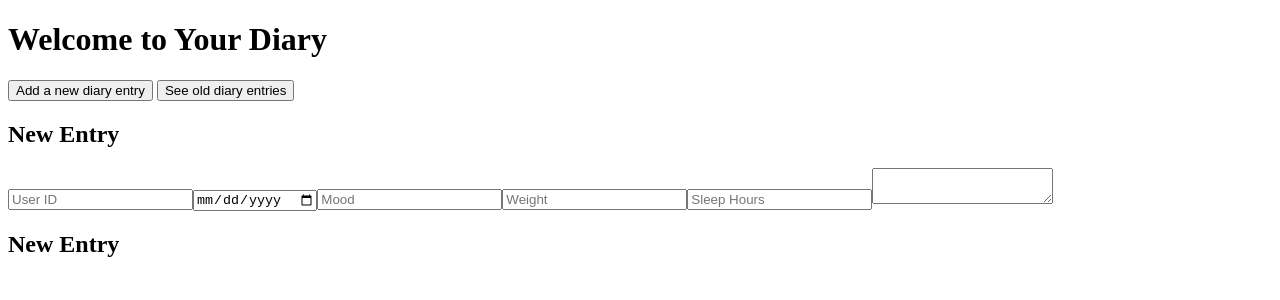
Repository: Javimetro/UniZen
Page: client/public/menu.html
The author's editor kept a copy of each file at every save. The page is drawn from the files as they stood at one save, then again after the next save.
The browser window is 1280 px wide. The pictures show the whole page.
After loading, the first visible `#newEntry` was clicked once.

Above is the page before, as saved 2024-03-04 15:24:35.

### client/public/menu.html
<!DOCTYPE html>
<html>
<head>
    <meta charset="UTF-8">
    <meta name="viewport" content="width=device-width, initial-scale=1.0">
    <title>Menu</title>
    <link rel="module" href="/styles/style.css"> <!-- Link to CSS file -->
    <link rel="icon" href="/public/assets/images/favicon.ico" type="image/x-icon">
</head>
<body>
  <h1>Welcome to Your Diary</h1>
  <button id="newEntry">Add a new diary entry</button>
  <button id="oldEntries">See old diary entries</button>

  <script type="module" src="/src/services/menu.js"></script>
</body>
</html>

### client/src/services/menu.js
// menu.js
import { createDiaryCards, createEntryForm, createNewDiv } from '../utils/renderContainer.js';

window.onload = function() {
  var contentDiv = document.createElement('div');
  contentDiv.id = 'content';
  document.body.appendChild(contentDiv);
};


//
document.getElementById('newEntry').addEventListener('click', function() {
  createNewDiv('New Entry', function() {
    createEntryForm('content');
  });
});

document.getElementById('oldEntries').addEventListener('click', function() {
  createNewDiv('Old diary entries', function() {
    createDiaryCards('content');
  });
});

### client/src/utils/renderContainer.js
import { getDiaryEntries } from '../services/diaryService.js';

const createDiaryCards = async function(parentId) { // parentId as parametrer, so function can be reused
  try {
    const diaryData = await getDiaryEntries();

    const section = document.createElement('section');
    section.classList.add('card-area');

    diaryData.forEach((entry, index) => {
      const card = document.createElement('div');
      card.classList.add('card');

      const diaryContainer = document.createElement('div');
      diaryContainer.classList.add('card-diary');
      const title = document.createElement('h4');
      title.textContent = `Diary card ${index + 1}`;
      const description = document.createElement('p');
      description.textContent = entry.notes;
      const mood = document.createElement('p');
      mood.textContent = `Mood: ${entry.mood}`;
      const weight = document.createElement('p');
      weight.textContent = `Weight: ${entry.weight}`;
      const sleep = document.createElement('p');
      sleep.textContent = `Sleep hours: ${entry.sleep_hours}`;

      diaryContainer.appendChild(title);
      diaryContainer.appendChild(description);
      diaryContainer.appendChild(mood);
      diaryContainer.appendChild(weight);
      diaryContainer.appendChild(sleep);

      card.appendChild(diaryContainer);

      section.appendChild(card);
    });

    const parent = document.getElementById(parentId);
    const h3Element = document.createElement('h3');
    parent.appendChild(h3Element);
    parent.insertBefore(section, h3Element.nextSibling);

  } catch (error) {
    console.error('Error creating diary cards with fetch:', error);
  }
}

//function to create the form for input data to "new entry". Is used when user clicks "add a new diary entry"

const createEntryForm = function(parentId) {

  var contentDiv = document.getElementById('content');
  contentDiv.innerHTML = ''; // Clear the content div
  var h2 = document.createElement('h2');
  h2.textContent = 'New Entry';
  var form = document.createElement('form');

  // Create form fields
  var userId = document.createElement('input');
  userId.setAttribute('type', 'text');
  userId.setAttribute('name', 'user_id');
  userId.setAttribute('placeholder', 'User ID');

  var entryDate = document.createElement('input');
  entryDate.setAttribute('type', 'date');
  entryDate.setAttribute('name', 'entry_date');

  var mood = document.createElement('input');
  mood.setAttribute('type', 'text');
  mood.setAttribute('name', 'mood');
  mood.setAttribute('placeholder', 'Mood');

  var weight = document.createElement('input');
  weight.setAttribute('type', 'number');
  weight.setAttribute('name', 'weight');
  weight.setAttribute('placeholder', 'Weight');

  var sleepHours = document.createElement('input');
  sleepHours.setAttribute('type', 'number');
  sleepHours.setAttribute('name', 'sleep_hours');
  sleepHours.setAttribute('placeholder', 'Sleep Hours');

  var notes = document.createElement('textarea');
  notes.setAttribute('name', 'notes');

  // Add form fields to form
  form.appendChild(userId);
  form.appendChild(entryDate);
  form.appendChild(mood);
  form.appendChild(weight);
  form.appendChild(sleepHours);
  form.appendChild(notes);

  // Add form to content div
  contentDiv.appendChild(h2);
  contentDiv.appendChild(form);

  const parent = document.getElementById(parentId);
  const h3Element = document.createElement('h3');
  const section = document.createElement('section'); // Define section
  parent.appendChild(h3Element);
  parent.insertBefore(section, h3Element.nextSibling);
}

const createNewDiv = function(h2Name, subFunction) {
  var contentDiv = document.getElementById('content');
  contentDiv.innerHTML = ''; // Clear the content div
  var h2 = document.createElement('h2');
  h2.textContent = `${h2Name}`; // Use backticks for template literals
  var div = document.createElement('div');
  subFunction(); // Call the passed function
  contentDiv.appendChild(h2);
  contentDiv.appendChild(div);
}

export { createDiaryCards, createEntryForm, createNewDiv }

### client/src/services/diaryService.js
const getDiaryEntries = async function() {
    const token = localStorage.getItem('token');
    //console.log(token);
    const response = await fetch('http://localhost:3000/api/entries', {
      headers: {
        'Authorization': 'Bearer ' + token
      }
    })
    if (!response.ok) {
      throw new Error('Failed to fetch diary entries');
    }

      return response.json();
    };
export { getDiaryEntries };

//todo: const postNewEntry = async function() {....}

After the next save:
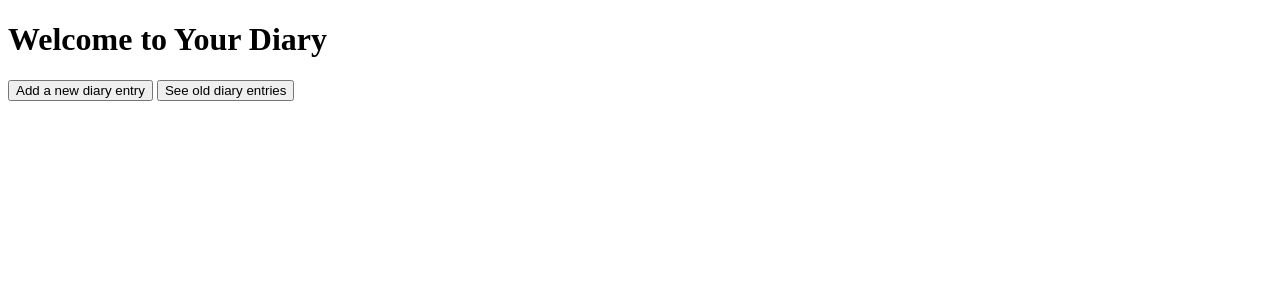
Console error: ReferenceError: h2 is not defined
Saved 3 min 16 s later.
--- a/client/src/utils/renderContainer.js
+++ b/client/src/utils/renderContainer.js
@@ -51,8 +51,6 @@
 
   var contentDiv = document.getElementById('content');
   contentDiv.innerHTML = ''; // Clear the content div
-  var h2 = document.createElement('h2');
-  h2.textContent = 'New Entry';
   var form = document.createElement('form');
 
   // Create form fields

After the save that followed:
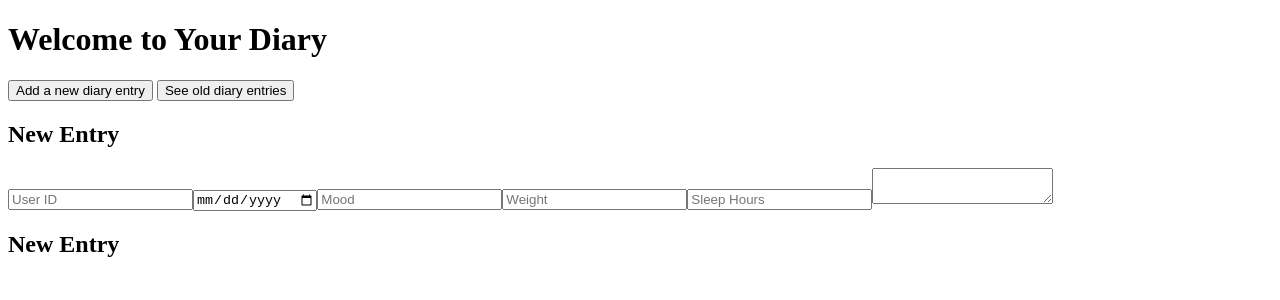
The error is gone.
Saved 43 s later.
--- a/client/src/utils/renderContainer.js
+++ b/client/src/utils/renderContainer.js
@@ -51,6 +51,8 @@
 
   var contentDiv = document.getElementById('content');
   contentDiv.innerHTML = ''; // Clear the content div
+  var h2 = document.createElement('h2');
+  h2.textContent = 'New Entry';
   var form = document.createElement('form');
 
   // Create form fields
